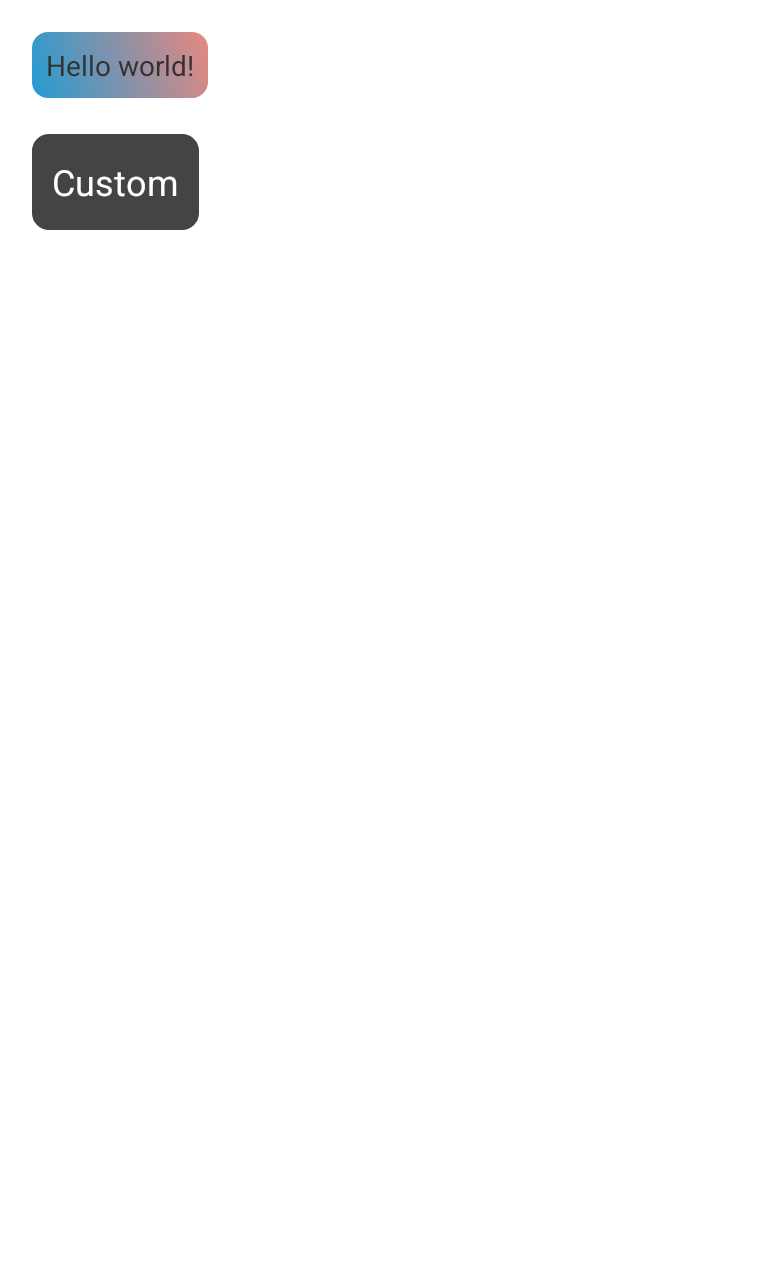
Repository: G3rcar/Android-II
Layout: Clase27Shape/res/layout/activity_main.xml
The author's editor kept a copy of each file at every save. The layout is drawn from the files as they stood at one save, then again after the next save.
It is drawn on a 768 x 1280 px phone screen (xhdpi) without system bars, with theme AppTheme; the app's code is not run.

Above is the layout before, as saved 2013-12-09 13:34:02.

### Clase27Shape/res/layout/activity_main.xml
<RelativeLayout xmlns:android="http://schemas.android.com/apk/res/android"
    xmlns:tools="http://schemas.android.com/tools"
    android:layout_width="match_parent"
    android:layout_height="match_parent"
    android:paddingBottom="@dimen/activity_vertical_margin"
    android:paddingLeft="@dimen/activity_horizontal_margin"
    android:paddingRight="@dimen/activity_horizontal_margin"
    android:paddingTop="@dimen/activity_vertical_margin"
    tools:context=".MainActivity" >

    <TextView
        android:id="@+id/txtshape"
        android:layout_width="wrap_content"
        android:layout_height="wrap_content"
        android:background="@drawable/gradient_box"
        android:text="@string/hello_world" />

    <Button
        android:id="@+id/button1"
        android:layout_width="wrap_content"
        android:layout_height="wrap_content"
        android:layout_alignLeft="@+id/txtshape"
        android:layout_below="@+id/txtshape"
        android:layout_marginTop="18dp"
        android:background="@drawable/button_custom"
        android:text="@string/btncustom"
        android:textColor="#FFFFFF" />


</RelativeLayout>

### Clase27Shape/res/drawable/gradient_box.xml
<?xml version="1.0" encoding="utf-8"?>
<shape xmlns:android="http://schemas.android.com/apk/res/android"
    android:shape="rectangle">
    <gradient
        android:startColor="#FF229CD4"
        android:endColor="#80CE1200"
        android:angle="45"/>
    <padding android:left="7dp"
        android:top="7dp"
        android:right="7dp"
        android:bottom="7dp" />
    <corners android:radius="8dp" />
</shape>

### Clase27Shape/res/values/strings.xml
<?xml version="1.0" encoding="utf-8"?>
<resources>

    <string name="app_name">Clase27 Shape</string>
    <string name="action_settings">Settings</string>
    <string name="hello_world">Hello world!</string>
    <string name="btncustom">Custom</string>

</resources>

### Clase27Shape/res/drawable/button_custom.xml
<?xml version="1.0" encoding="utf-8"?>
<selector xmlns:android="http://schemas.android.com/apk/res/android" >
    <!-- default -->
    <item android:state_pressed="false" android:state_focused="false">
        <shape >
            <solid
                android:color="#444444" />
            <stroke
                android:width="1dp"
                android:color="#444444" />
            <corners
                android:bottomLeftRadius="8dip"
                android:topRightRadius="8dip"
                android:topLeftRadius="8dip"
                android:bottomRightRadius="8dip"/>
            <padding
                android:left="10dp"
                android:right="10dp"
                android:top="10dp"
                android:bottom="10dp" />
        </shape>
    </item>
    <!-- button focused -->
    <item android:state_pressed="false" android:state_focused="true">
        <shape >
            <solid
                android:color="#00ffff" />
            <stroke
                android:width="1dp"
                android:color="#00ffff" />
            <corners
                android:bottomLeftRadius="8dip"
                android:topRightRadius="8dip"
                android:topLeftRadius="8dip"
                android:bottomRightRadius="8dip"/>
            <padding
                android:left="10dp"
                android:right="10dp"
                android:top="10dp"
                android:bottom="10dp" />
        </shape>
    </item>

   <!-- button pressed -->
    <item android:state_pressed="true" android:state_focused="false">
        <shape >
            <solid
                android:color="#00ff00" />
            <stroke
                android:width="1dp"
                android:color="#00ff00" />
            <corners
                android:bottomLeftRadius="12dip"
                android:topRightRadius="12dip"
                android:topLeftRadius="12dip"
                android:bottomRightRadius="12dip"/>
            <padding
                android:left="10dp"
                android:right="10dp"
                android:top="10dp"
                android:bottom="10dp" />
        </shape>
    </item>
</selector>

### Clase27Shape/res/values/mycolors.xml
<?xml version="1.0" encoding="utf-8"?>
<resources>
    <color name="green">#00ff44</color>

</resources>

Loaded but not shown: Clase27Shape/res/values/styles.xml (common file); Clase27Shape/res/values-v11/styles.xml (common file); Clase27Shape/res/values-v14/styles.xml (common file); Clase27Shape/res/values/dimens.xml (common file)

After the next save:
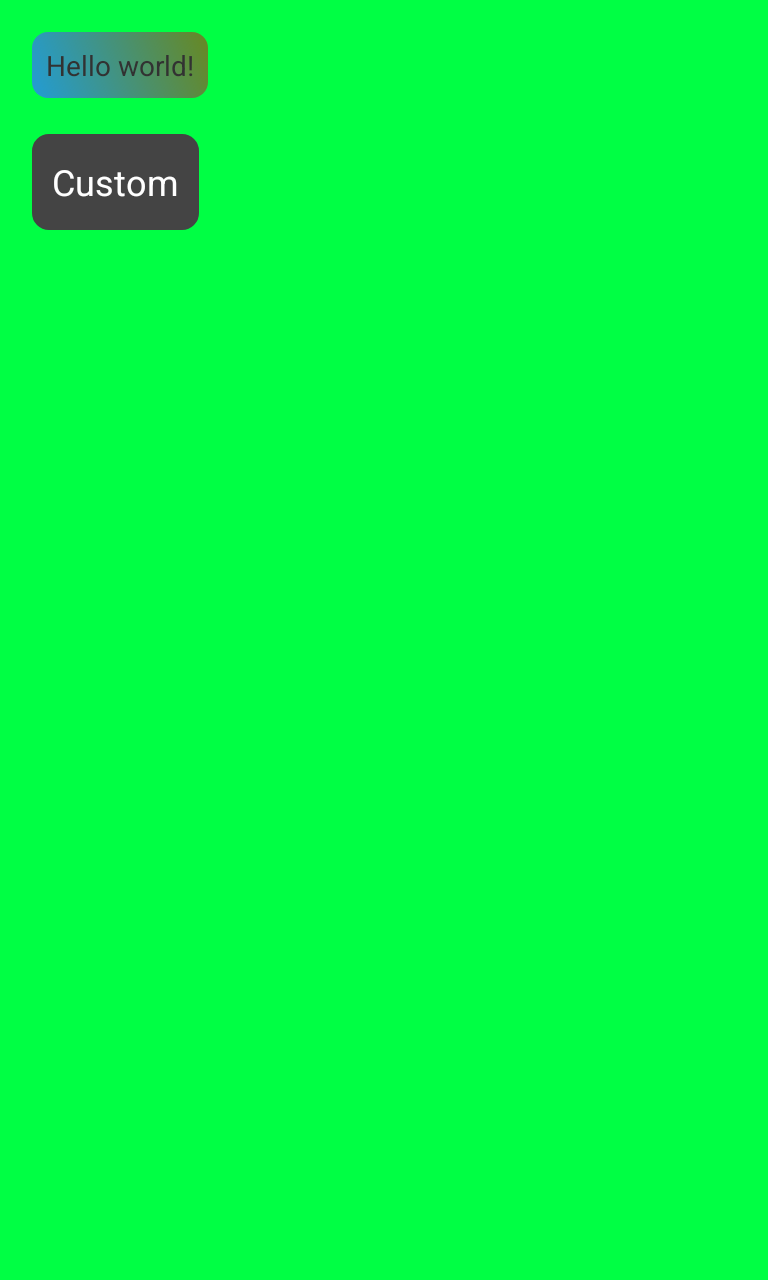
Saved 34 s later.
--- a/Clase27Shape/res/layout/activity_main.xml
+++ b/Clase27Shape/res/layout/activity_main.xml
@@ -6,6 +6,7 @@
     android:paddingLeft="@dimen/activity_horizontal_margin"
     android:paddingRight="@dimen/activity_horizontal_margin"
     android:paddingTop="@dimen/activity_vertical_margin"
+    android:background="@color/green"
     tools:context=".MainActivity" >
 
     <TextView
